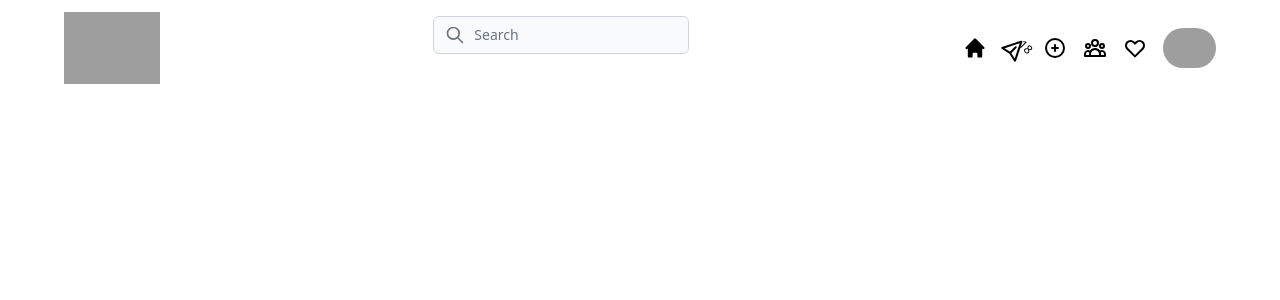
Repository: SehajBindra/insta--clone
Page: /
An editor plug-in stored every save of this project. The page is shown before and after the next save, followed by the edit.
The browser window is 1280 px wide. The pictures show the whole page.
Pictures or frames that could not be fetched are drawn as grey boxes. The project was rebuilt for these pictures with package versions that can differ from the ones it lists, and the page was loaded fresh each time. The framework's server and built-in components were replaced by stand-ins that run in the browser. Also part of the build but not shown: next.config.js.

Above is the page before, as saved 2022-04-11 02:21:55.

After the next save:
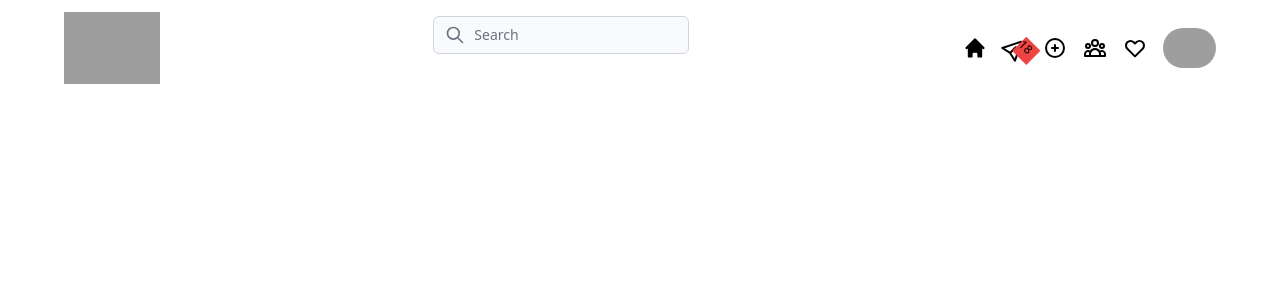
Saved 29 s later.
--- a/components/Header.js
+++ b/components/Header.js
@@ -46,7 +46,7 @@
        <MenuIcon className=" h-6 md:hidden cursor-pointer " />
        <div className=" relative navBtn rotate-45">
        <PaperAirplaneIcon className="navBtn" />
-       <div className=" absolute -top-1 -right-2  text-xs w-5 h-5">18</div>
+       <div className=" absolute -top-1 -right-2  text-xs w-5 h-5 bg-red-500 ">18</div>
        </div>
 
        <PlusCircleIcon  className="navBtn"/>
